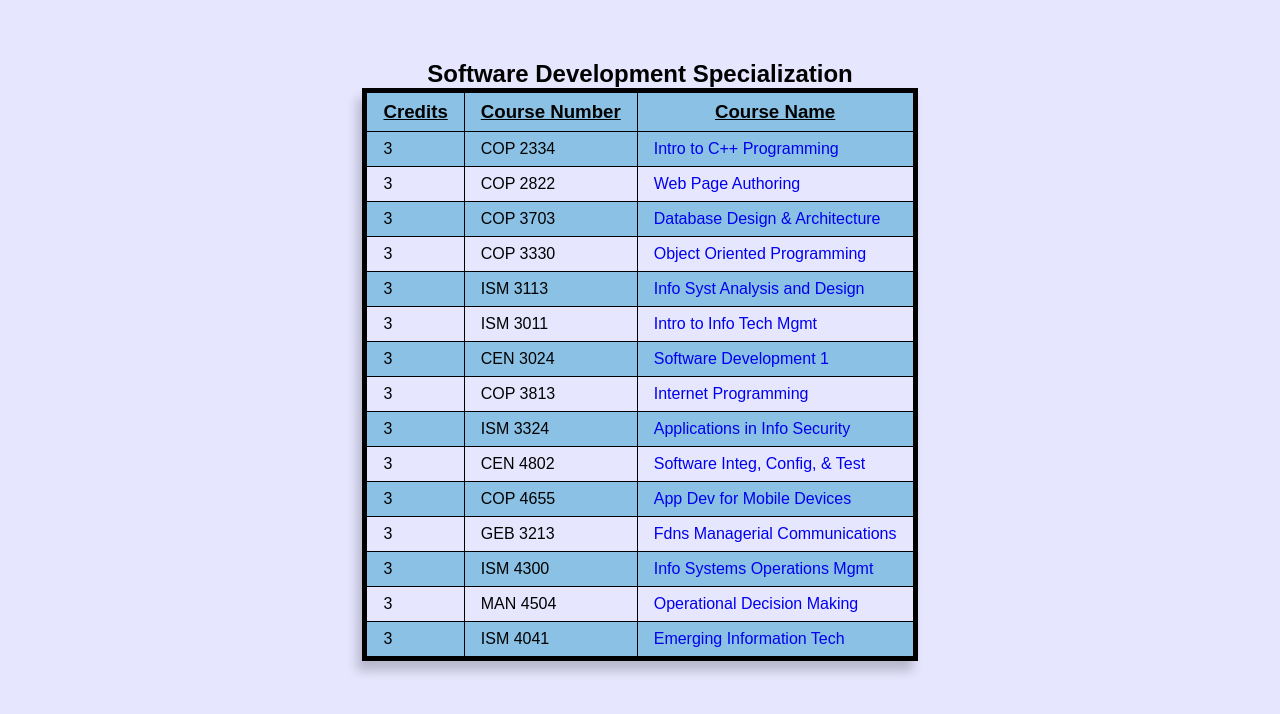
Repository: mlmEFSC21/P5-DegreeTableStyling
Page: index.html
These files come from the project's save history. The page is drawn as it stood at one moment and after the next save; the edit follows.
The browser window is 1280 px wide. The pictures show the whole page.
Some web fonts or font styles are not loaded; a fallback is used.

Above is the page before, as saved 2022-02-07 16:31:13.

### index.html
<!DOCTYPE html>
<html lang="en">
    <head>
        <meta charset="UTF-8" />
        <meta http-equiv="X-UA-Compatible" content="IE=edge" />
        <meta name="viewport" content="width=device-width, initial-scale=1.0" />
        <link rel="stylesheet" href="tableStyles.css" />
        <title>Degree Specialization Table</title>
    </head>
    <body>
        <table>
            <caption class="tableTitle">
                Software Development Specialization
            </caption>
            <thead>
                <tr class="colTitles">
                    <th>Credits</th>
                    <th>Course Number</th>
                    <th>Course Name</th>
                </tr>
            </thead>
            <tbody>
                <tr>
                    <td>3</td>
                    <td>COP 2334</td>
                    <td>
                        <a
                            href="https://bannerweb.easternflorida.edu/prod/bwckctlg.p_disp_course_detail?cat_term_in=202210&subj_code_in=COP&crse_numb_in=2334"
                            >Intro to C++ Programming</a
                        >
                    </td>
                </tr>
                <tr>
                    <td>3</td>
                    <td>COP 2822</td>
                    <td>
                        <a
                            href="https://bannerweb.easternflorida.edu/prod/bwckctlg.p_disp_course_detail?cat_term_in=202210&subj_code_in=COP&crse_numb_in=2822"
                            >Web Page Authoring</a
                        >
                    </td>
                </tr>
                <tr>
                    <td>3</td>
                    <td>COP 3703</td>
                    <td>
                        <a
                            href="https://bannerweb.easternflorida.edu/prod/bwckctlg.p_disp_course_detail?cat_term_in=202210&subj_code_in=COP&crse_numb_in=3703"
                            >Database Design & Architecture</a
                        >
                    </td>
                </tr>
                <tr>
                    <td>3</td>
                    <td>COP 3330</td>
                    <td>
                        <a
                            href="https://bannerweb.easternflorida.edu/prod/bwckctlg.p_disp_course_detail?cat_term_in=202210&subj_code_in=COP&crse_numb_in=3330"
                            >Object Oriented Programming</a
                        >
                    </td>
                </tr>
                <tr>
                    <td>3</td>
                    <td>ISM 3113</td>
                    <td>
                        <a
                            href="https://bannerweb.easternflorida.edu/prod/bwckctlg.p_disp_course_detail?cat_term_in=202210&subj_code_in=ISM&crse_numb_in=3113"
                            >Info Syst Analysis and Design</a
                        >
                    </td>
                </tr>
                <tr>
                    <td>3</td>
                    <td>ISM 3011</td>
                    <td>
                        <a
                            href="https://bannerweb.easternflorida.edu/prod/bwckctlg.p_disp_course_detail?cat_term_in=202210&subj_code_in=ISM&crse_numb_in=3011"
                            >Intro to Info Tech Mgmt</a
                        >
                    </td>
                </tr>
                <tr>
                    <td>3</td>
                    <td>CEN 3024</td>
                    <td>
                        <a
                            href="https://bannerweb.easternflorida.edu/prod/bwckctlg.p_disp_course_detail?cat_term_in=202210&subj_code_in=CEN&crse_numb_in=3024"
                            >Software Development 1</a
                        >
                    </td>
                </tr>
                <tr>
                    <td>3</td>
                    <td>COP 3813</td>
                    <td>
                        <a
                            href="https://bannerweb.easternflorida.edu/prod/bwckctlg.p_disp_course_detail?cat_term_in=202210&subj_code_in=COP&crse_numb_in=3813"
                            >Internet Programming</a
                        >
                    </td>
                </tr>
                <tr>
                    <td>3</td>
                    <td>ISM 3324</td>
                    <td>
                        <a
                            href="https://bannerweb.easternflorida.edu/prod/bwckctlg.p_disp_course_detail?cat_term_in=202210&subj_code_in=ISM&crse_numb_in=3324"
                            >Applications in Info Security</a
                        >
                    </td>
                </tr>
                <tr>
                    <td>3</td>
                    <td>CEN 4802</td>
                    <td>
                        <a
                            href="https://bannerweb.easternflorida.edu/prod/bwckctlg.p_disp_course_detail?cat_term_in=202210&subj_code_in=CEN&crse_numb_in=4802"
                            >Software Integ, Config, & Test</a
                        >
                    </td>
                </tr>
                <tr>
                    <td>3</td>
                    <td>COP 4655</td>
                    <td>
                        <a
                            href="https://bannerweb.easternflorida.edu/prod/bwckctlg.p_disp_course_detail?cat_term_in=202210&subj_code_in=COP&crse_numb_in=4655"
                            >App Dev for Mobile Devices</a
                        >
                    </td>
                </tr>
                <tr>
                    <td>3</td>
                    <td>GEB 3213</td>
                    <td>
                        <a
                            href="https://bannerweb.easternflorida.edu/prod/bwckctlg.p_disp_course_detail?cat_term_in=202210&subj_code_in=GEB&crse_numb_in=3213"
                            >Fdns Managerial Communications</a
                        >
                    </td>
                </tr>
                <tr>
                    <td>3</td>
                    <td>ISM 4300</td>
                    <td>
                        <a
                            href="https://bannerweb.easternflorida.edu/prod/bwckctlg.p_disp_course_detail?cat_term_in=202210&subj_code_in=ISM&crse_numb_in=4300"
                            >Info Systems Operations Mgmt</a
                        >
                    </td>
                </tr>
                <tr>
                    <td>3</td>
                    <td>MAN 4504</td>
                    <td>
                        <a
                            href="https://bannerweb.easternflorida.edu/prod/bwckctlg.p_disp_course_detail?cat_term_in=202210&subj_code_in=MAN&crse_numb_in=4504"
                            >Operational Decision Making</a
                        >
                    </td>
                </tr>
                <tr>
                    <td>3</td>
                    <td>ISM 4041</td>
                    <td>
                        <a
                            href="https://bannerweb.easternflorida.edu/prod/bwckctlg.p_disp_course_detail?cat_term_in=202210&subj_code_in=ISM&crse_numb_in=4041"
                            >Emerging Information Tech</a
                        >
                    </td>
                </tr>
            </tbody>
        </table>
    </body>
</html>

### tableStyles.css
@import url("https://fonts.googleapis.com/css2?family=Spectral:wght@400&display=swap");

:root {
    --clr-prime: #003c5e;
    --clr-second: #1a2028;
    --clr-accent: #a2ce06;
    --clr-font-prime: #8ac1e4;
    --clr-font-second: black;
    --clr-background: #e6e6ff;
}
*,
*::before,
*::after {
    margin: 0;
    padding: 0;
    box-sizing: border-box;
}
body {
    font-family: Spectral, sans-serif;
    height: 100vh;
    display: grid;
    align-items: center;
    justify-content: center;
    background-color: var(--clr-background);
}
/* border added here (increased size to 5px) */
table {
    border-collapse: collapse;
    box-shadow: -5px 10px 10px rgba(0, 0, 0, 0.2);
    border: 5px solid black;
    padding: 0.25rem;
}
/* centered text of first to rows (table header) */
thead {
    text-align: center;
}
/* used two classes to change the sizes, decorations, etc. */
.tableTitle {
    font-size: 18pt;
    font-weight: bold;
    text-align: center;
}
.colTitles {
    font-size: 14pt;
    text-decoration: underline;
}
th {
    border: 1px solid black;
    padding: 0.5rem 1rem;
}
/* added the font size and text alignment for the row data here */
td {
    border: 1px solid black;
    padding: 0.5rem 1rem;
    font-size: 12pt;
    text-align: left;
}
tr:nth-child(odd) {
    background-color: var(--clr-font-prime);
}
a {
    text-decoration: none;
}
a:hover {
    color: var(--clr-prime);
    text-decoration: underline;
}

After the next save:
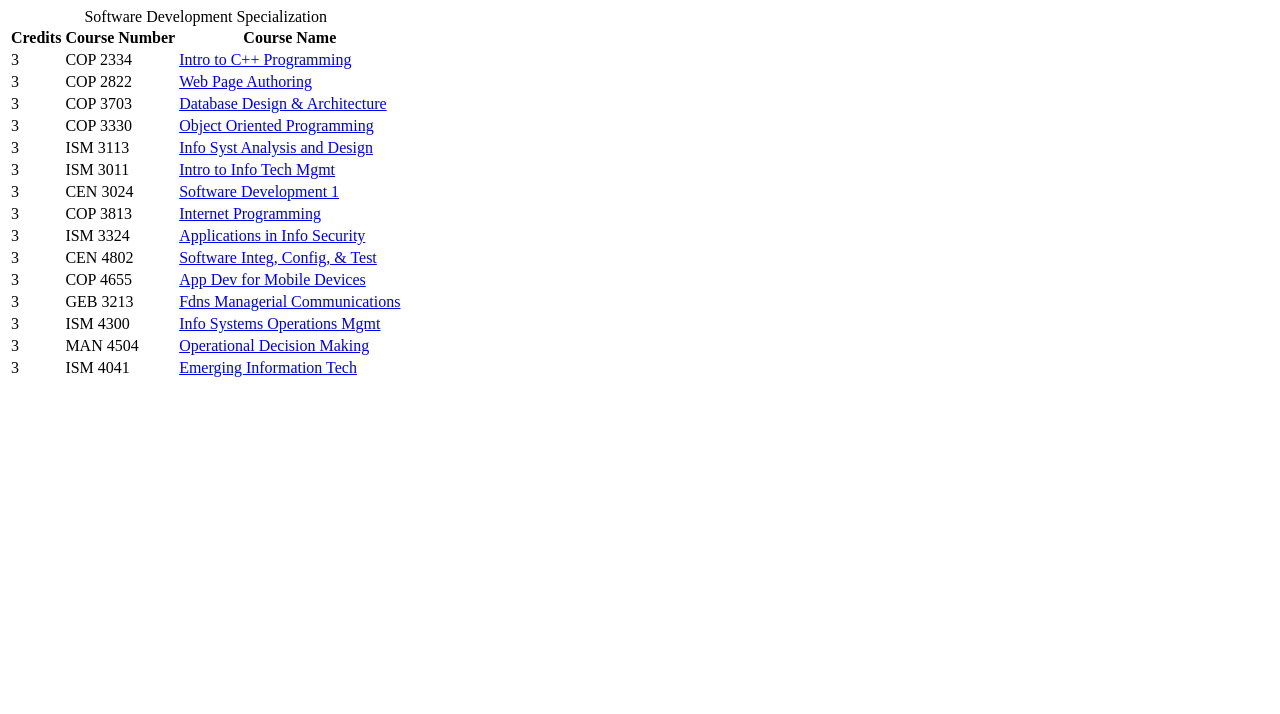
Saved 100 s later.
--- a/index.html
+++ b/index.html
@@ -4,7 +4,6 @@
         <meta charset="UTF-8" />
         <meta http-equiv="X-UA-Compatible" content="IE=edge" />
         <meta name="viewport" content="width=device-width, initial-scale=1.0" />
-        <link rel="stylesheet" href="tableStyles.css" />
         <title>Degree Specialization Table</title>
     </head>
     <body>
